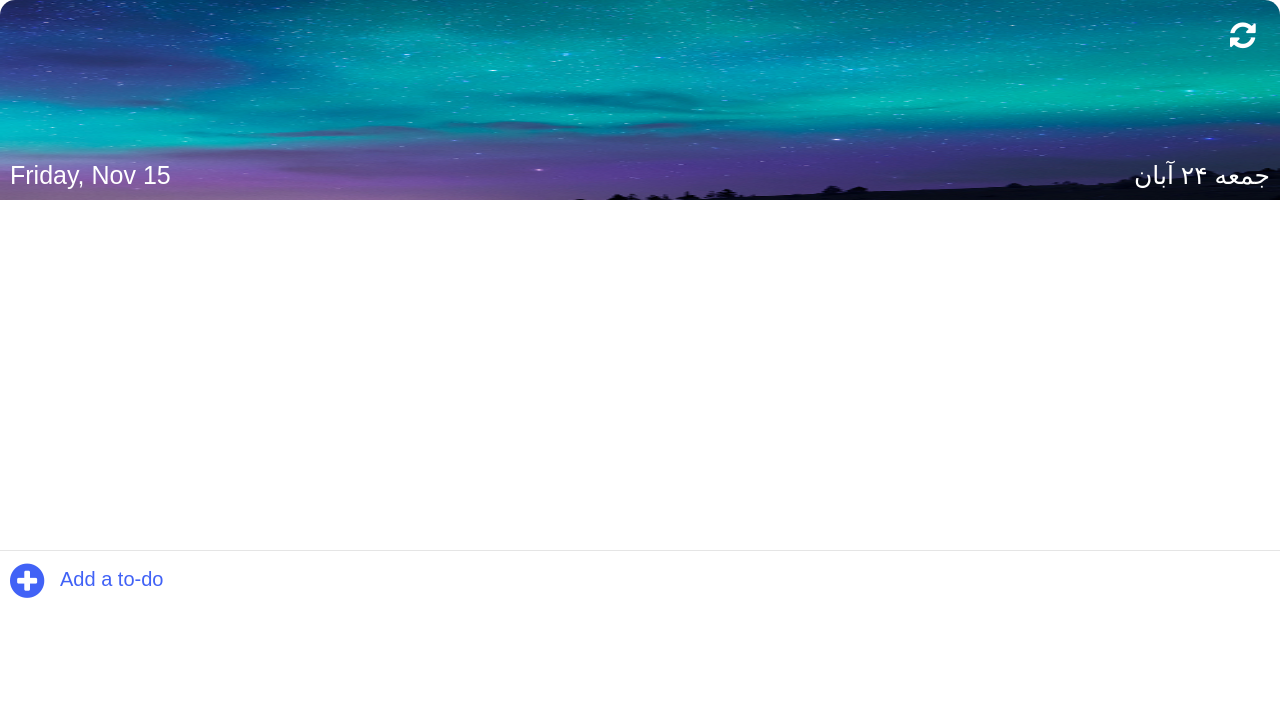
Repository: abouzarSoleymani/todo-js
Page: index.html
The author's editor kept a copy of each file at every save. The page is drawn from the files as they stood at one save, then again after the next save.
The browser window is 1280 px wide. The pictures show the whole page.

Above is the page before, as saved 2019-11-15 13:55:22.

After the next save:
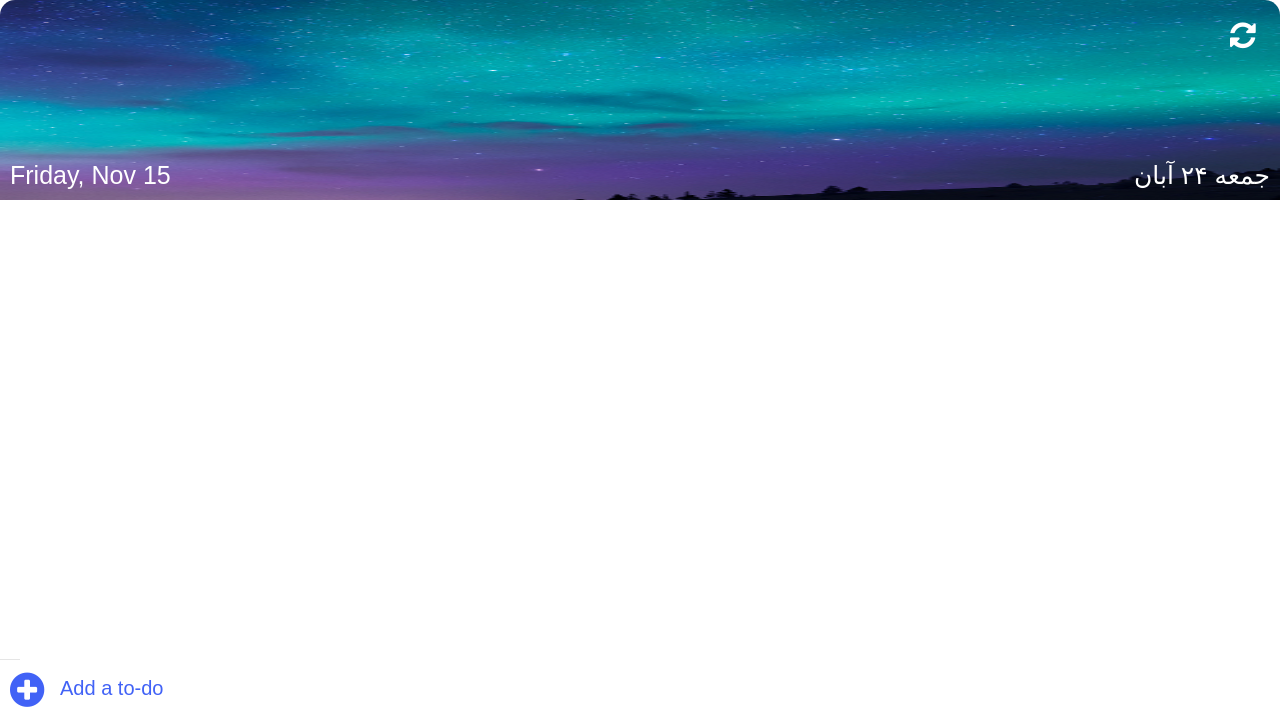
Saved 11 s later.
--- a/css/style.css
+++ b/css/style.css
@@ -121,8 +121,9 @@ body{
 }
 /* ------------ add item ------------ */
 .add-to-do{
-    position: relative;
+    position: fixed;
     height:40px;
+    bottom: 0;
     background-color: #FFF;
     padding: 10px;
     border-top: 1px solid rgba(0,0,0,0.1);
